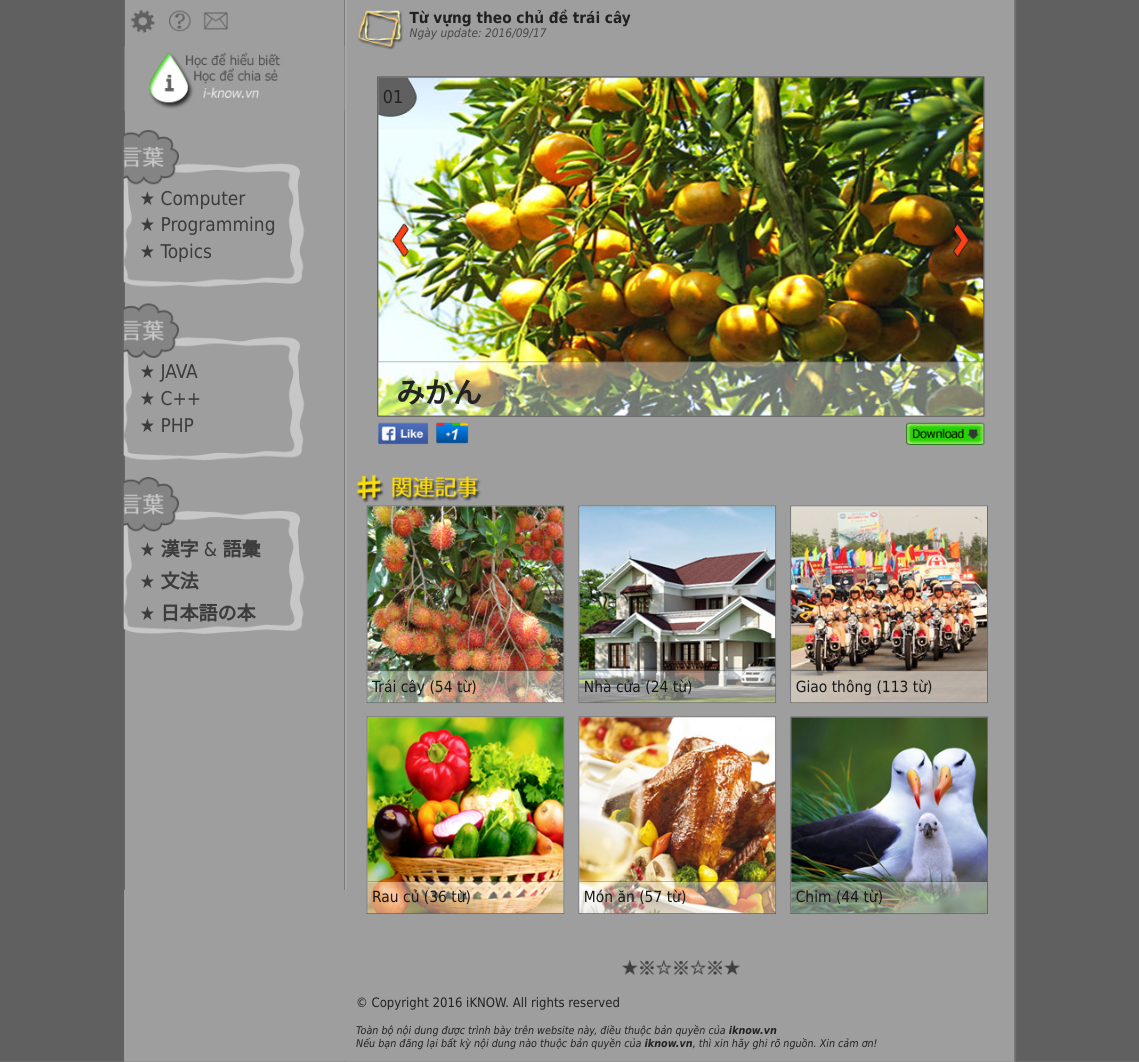
Repository: ruanonglam/_workspace
Page: Web Design/iknow.vn/WebContent/cotoba-view.html
The author's editor kept a copy of each file at every save. The page is drawn from the files as they stood at one save, then again after the next save.
The browser window is 1280 px wide. The pictures show the whole page, at 89% of full size.

Above is the page before, as saved 2016-09-18 06:10:26.

After the next save:
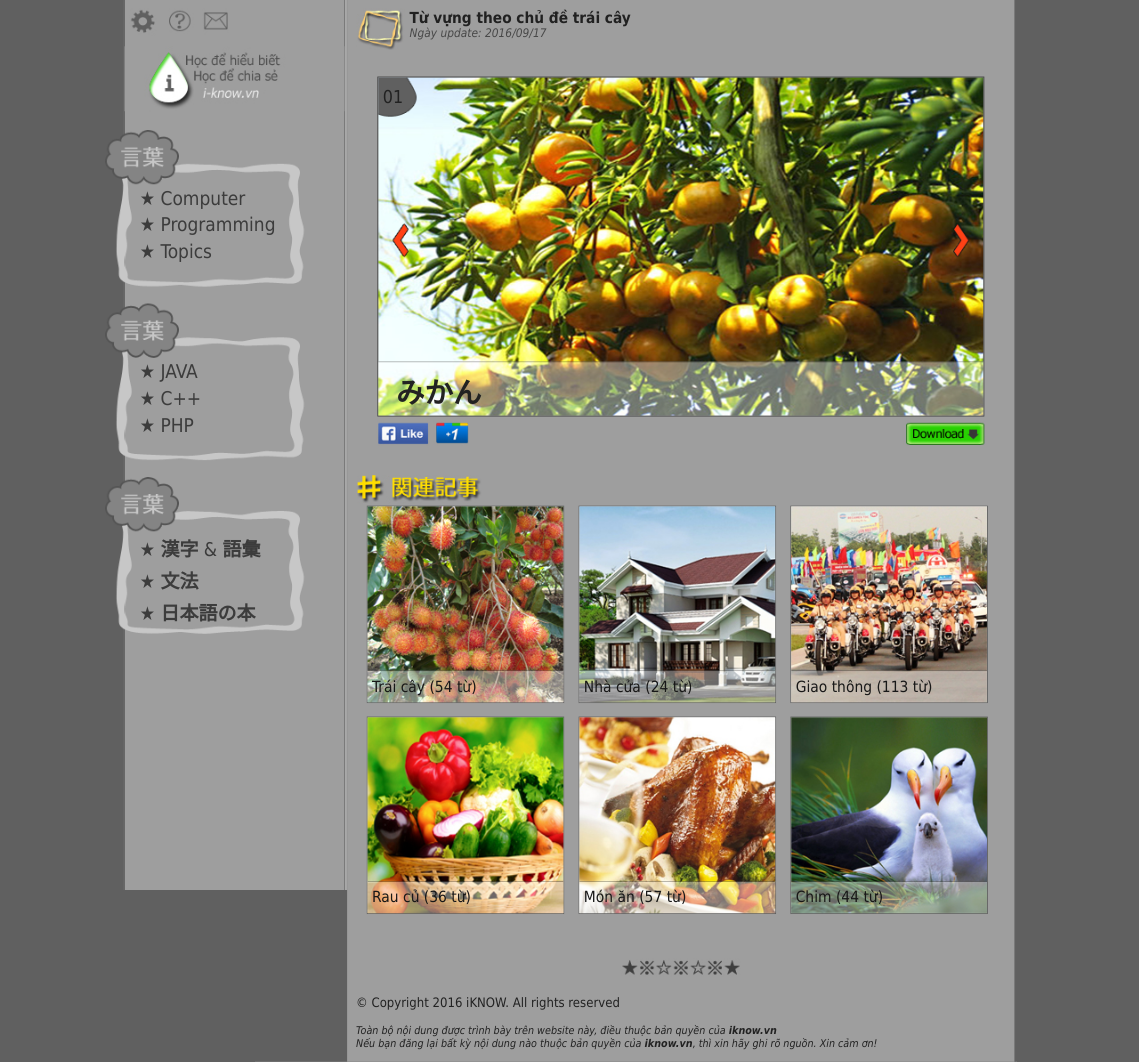
Saved 25 s later.
--- a/Web Design/iknow.vn/WebContent/_css/main.css
+++ b/Web Design/iknow.vn/WebContent/_css/main.css
@@ -27,7 +27,7 @@
 	border-bottom: none;
 	border-top: none;
 	background: #9E9E9E;
-	overflow: hidden;
+	/* overflow: hidden; */
 }
 
 /**********************************************************/

After the save that followed:
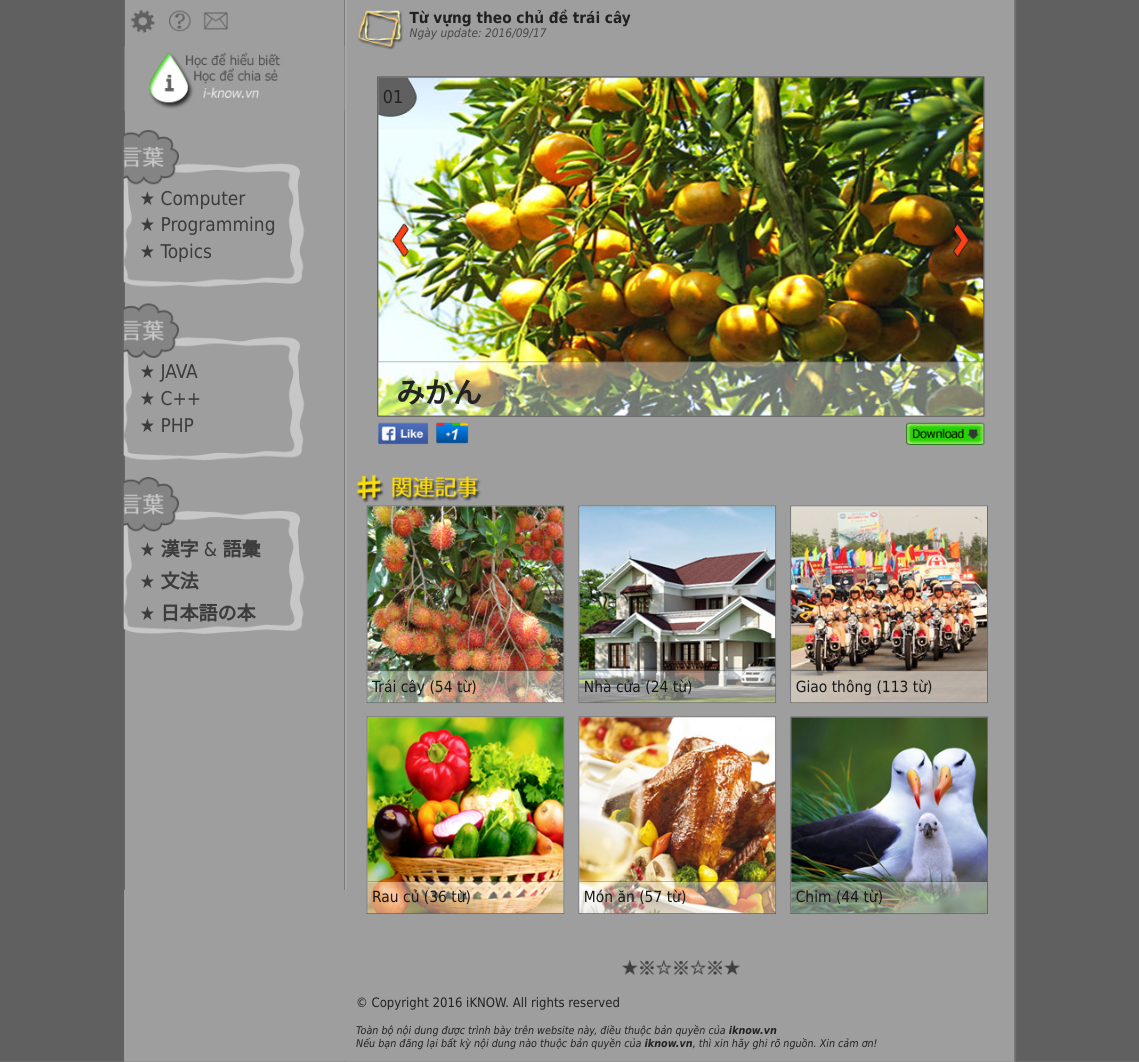
Saved 80 s later.
--- a/Web Design/iknow.vn/WebContent/_css/main.css
+++ b/Web Design/iknow.vn/WebContent/_css/main.css
@@ -27,7 +27,7 @@
 	border-bottom: none;
 	border-top: none;
 	background: #9E9E9E;
-	/* overflow: hidden; */
+	overflow: hidden;
 }
 
 /**********************************************************/
